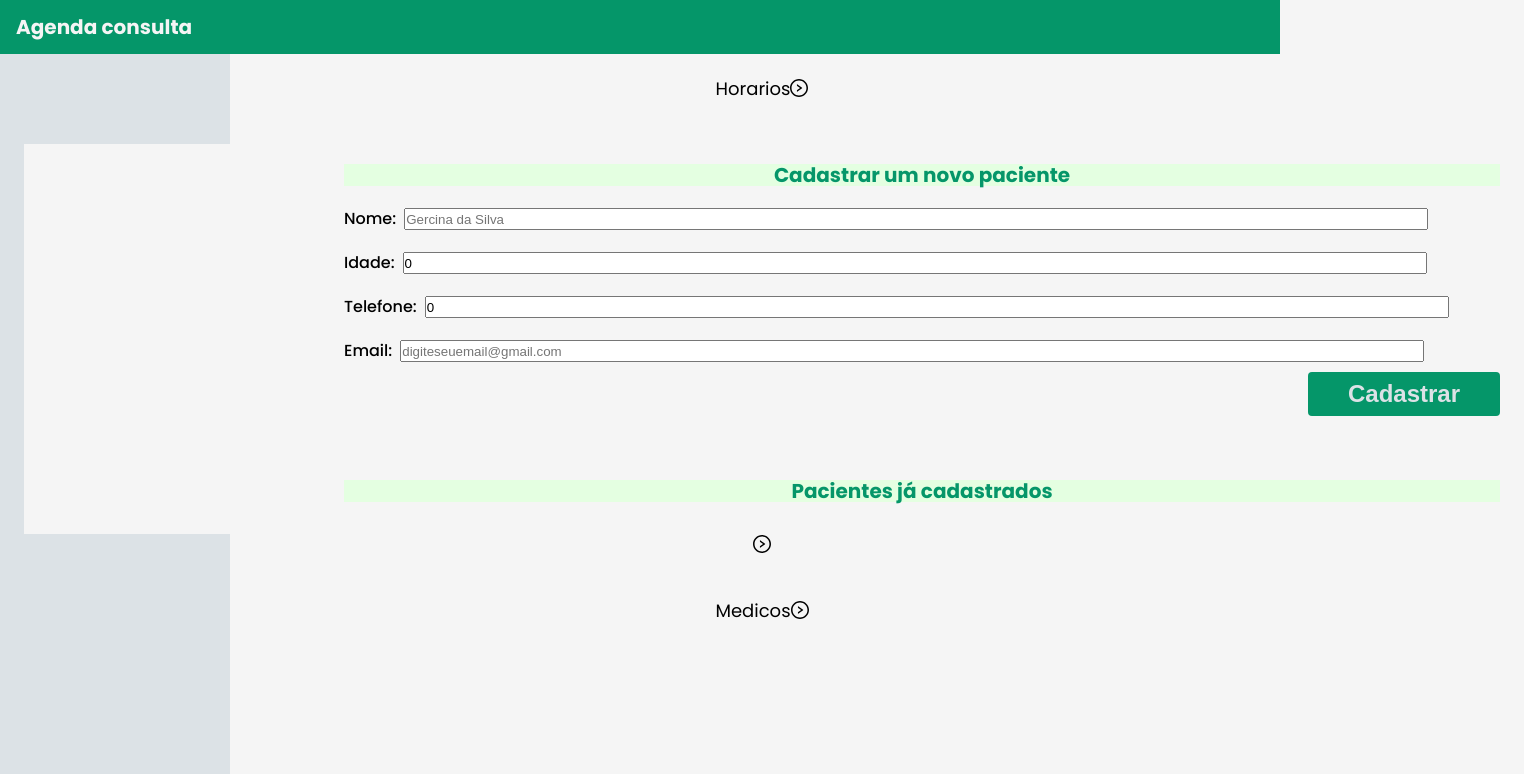
Repository: BarbaraCD/agendaconsulta
Page: /
The author's editor kept a copy of each file at every save. The page is drawn from the files as they stood at one save, then again after the next save.
The browser window is 1280 px wide. The page is 1524 px wide, so the pictures cover 1524 px, including what lies to the right of the window. The pictures show the whole page.
The page's requests for data from a server got no answer. The project was rebuilt for these pictures with package versions that can differ from the ones it lists, and the page was loaded fresh each time. No one was signed in, and anything a server would have sent is missing. Also part of the build but not shown: vite.config.ts, src/styles/StyleList.ts, src/components/Patients.tsx.

Above is the page before, as saved 2023-07-31 09:42:37.

### index.html
<!DOCTYPE html>
<html lang="en">
  <head>
    <meta charset="UTF-8" />
    <link rel="icon" type="image/svg+xml" href="/vite.svg" />
    <meta name="viewport" content="width=device-width, initial-scale=1.0" />

    <link rel="preconnect" href="https://fonts.googleapis.com">
    <link rel="preconnect" href="https://fonts.gstatic.com" crossorigin>
    <link href="https://fonts.googleapis.com/css2?family=Poppins:wght@400;500;700&display=swap" rel="stylesheet">

    <title>Agendamento de Consulta</title>
  </head>
  <body>
    <div id="root"></div>
    <script type="module" src="/src/main.tsx"></script>
  </body>
</html>

### src/main.tsx
import React from 'react'
import ReactDOM from 'react-dom/client'
import App from './App.tsx'
import { ThemeProvider } from 'styled-components'
import { theme } from './styles/Theme.ts'

ReactDOM.createRoot(document.getElementById('root')!).render(
  <React.StrictMode>
    <ThemeProvider theme={theme}>
      <App />
    </ThemeProvider>
  </React.StrictMode>,
)

### src/App.tsx
import './styles/global'
import { Header } from './components/Header'
import GlobalStyle from './styles/global'
import { Sidebar } from './components/Sidebar'

function App() {

  return (
    <>
      <GlobalStyle />
      <Header />
      <Sidebar />
    </>
  )
}

export default App

### src/styles/Theme.ts

export const theme = {
  colors: {
    primary: '#059669',
    head: '#059669B3',
    900: '#6A8D73',
    800: '#AFC5A6',
    700: '#F4FDD9',
    100: '#E4FFE1',

    sbcolor: '#DCE2E6',
    gray: '#41414D',
    black: '#000',
    white: '#f5f5f5',
  },

  size: {
    sm: '14px',
    md: '16px',
    lg: '18px',
    xl: '20px',
    xxl: '24px'
  }
}

### src/styles/global.ts
import { createGlobalStyle } from 'styled-components'

export default createGlobalStyle`
  *{
    margin: 0;
    padding: 0;
    box-sizing: border-box;
  }
  body{
    font-family: 'Poppins', sans-serif;
    background: ${(props) => props.theme.colors.white};
    font-size: ${(props) => props.theme.size.xl};
  }
`

### src/components/Header.tsx
import { styled } from "styled-components"

const Container = styled.div`
  background-color: ${(props) => props.theme.colors.primary};
  padding: 12px 16px;
  color: ${(props) => props.theme.colors.white};
  font-weight: 700;
`

export function Header(){
  return (
    <Container>
      Agenda consulta
    </Container>
  )
}

### src/components/Sidebar.tsx

import { RightCircleOutlined } from '@ant-design/icons'
import { CreatePatient } from './CreatePatient'

import { StyledSidebar, StyledList } from '../styles/SidebarStyled'
import { useState } from 'react';



export function Sidebar(){
  const [showPacient, setShowPacient] = useState(false)

  const handlePatientClick = () => {
    setShowPacient(true);
  };

  return (
    <StyledSidebar>
        <StyledList>
          <li>
            Horarios
            <RightCircleOutlined />
          </li>
          <li onClick={handlePatientClick}>
            <CreatePatient />
            <RightCircleOutlined />
          </li>
          <li>
            Medicos
            <RightCircleOutlined />
          </li>
        </StyledList>
    </StyledSidebar>
  )
}

### src/components/CreatePatient.tsx
import { useEffect, useState } from 'react'
import { Patients, PatientsProps } from './Patients'
import { createPatient, getPatient } from '../services/patient.services'
import { InputPatients } from './InputPatient'
import { SubmitButton } from './SubmitButton'
import { Container, Container2, Container3 }  from '../styles/CreateContainer'


export function CreatePatient(){

  const [patients, setPatients] = useState<PatientsProps[]>([])
  const [newPatient, setNewPatient] = useState<PatientsProps>({
    id: 0,
    name: '',
    age: 0,
    telephone: 0,
    email:''
  })

  useEffect(() => {
    fetchPatient().catch((error) => {
      console.error('Error fetching Patients:', error);
    });
  }, []);

  async function fetchPatient() {
    try {
      const response: PatientsProps[] = await getPatient();
      setPatients(response);
    } catch (error) {
      console.error('Error fetching Patients:', error);
    }
  }

  async function createNewPatient(){
    if(
      newPatient?.name.trim() !== '' &&
      typeof newPatient?.age === 'number' && newPatient?.age > 0 &&
      typeof newPatient?.telephone === 'number' && newPatient?.telephone > 0 &&
      newPatient?.email.trim() !== ''
      ){
        try {
          await createPatient(newPatient.name, newPatient.age, newPatient.telephone, newPatient.email);
          await fetchPatient();
            setNewPatient({
              id: 0,
              name: '',
              age: 0,
              telephone: 0,
              email: ''
            })
        console.log("Médico cadastrado com sucesso!")
        } catch(error){
          console.log("Erro ao cadastrar medico:", error)
        }
      } else {
        console.error("Por favor, preencha todos os campos corretamente.")
      }
  }

  return(
    <Container>
      <Container2>
      <h3>Cadastrar um novo paciente</h3>
        <InputPatients
          name={newPatient.name}
          age={newPatient.age}
          telephone={newPatient.telephone}
          email={newPatient.email}
          onNameChange={(value) => setNewPatient({ ...newPatient, name: value })}
          onAgeChange={(value) => setNewPatient({ ...newPatient, age: value })}
          onTelephoneChange={(value) => setNewPatient({ ...newPatient, telephone: value})}
          onEmailChange={(value) =>
            setNewPatient({ ...newPatient, email: value })
          }
        />

          <SubmitButton onClick={createNewPatient}/>
        </Container2>

        <Container3>
          <h3>Pacientes já cadastrados</h3>
          {patients.length > 0 && (
            patients.map((patients) => (
              <Patients
                id={patients.id}
                key={patients.id}
                name={patients.name}
                age={patients.age}
                telephone={patients.telephone}
                email={patients.email}
              />
            ))
          )}
        </Container3>

    </Container>
  )
}

### src/styles/SidebarStyled.ts
import styled from 'styled-components'

export const StyledSidebar = styled.div`
  display: flex;
  height: 100vh;
  width: 18vw;
  background-color: ${(props) => props.theme.colors.sbcolor};
  color: ${(props) => props.theme.colors.black};
  font-size: ${(props) => props.theme.size.lg};
  font-weight: 400;
  justify-content: start;

`

export const StyledList = styled.ul`
    flex-direction: column;
    display: flex;
    padding: 12px;
    list-style: none;
    gap: 20px;

  li{
    cursor: pointer;
    padding: 12px;
    line-height: 22px;
    justify-content: space-between;
    text-align: center;
  }
`

### src/services/patient.services.ts
import axios from 'axios';
import { PatientsProps } from '../components/Patients'
import { api } from './ApiConfig'

export async function getPatient(): Promise<PatientsProps[]> {
  try {
    const response = await axios.get('http://localhost:3333/patient');
    // eslint-disable-next-line @typescript-eslint/no-unsafe-return
    return response.data;
  } catch (error) {
    throw new Error('Erro ao obter dados dos pacientes:');
  }
}

export async function createPatient(name: string, age: number, telephone: number, email: string){
  return api.post('/patient', {
    name,
    age,
    telephone,
    email,
  })
}

### src/components/InputPatient.tsx
import { InputContainer } from '../styles/InputContainer'

interface InputPatientsProps{
  name: string
  age: number
  telephone: number
  email: string
  onNameChange: (value: string) => void
  onAgeChange: (value: number) => void
  onTelephoneChange: (value: number) => void
  onEmailChange: (value: string) => void
}

export function InputPatients(props: InputPatientsProps) {
  return (
    <InputContainer>
        <label>
          <p>Nome:</p>
          <input
            type="text"
            name="nome"
            value={props.name}
            onChange={(event) => props.onNameChange(event.target.value)}
            placeholder='Gercina da Silva'
          />
        </label>
        <br />
        <label>
          <p>Idade:</p>
          <input
            type="text"
            name="idade"
            value={props.age}
            onChange={(event) => props.onAgeChange(Number(event.target.value))}
            placeholder='idade'
          />
        </label>
        <br />
        <label>
          <p>Telefone:</p>
          <input
            type="text"
            name="telefone"
            value={props.telephone}
            onChange={(event) => props.onTelephoneChange(Number(event.target.value))}
          />
        </label>
        <br />
        <label>
          <p>Email:</p>
          <input
            type="text"
            name="email"
            value={props.email}
            onChange={(event) => props.onEmailChange(event.target.value)}
            placeholder='digiteseuemail@gmail.com'
          />
        </label>
    </InputContainer>
  );
}

### src/components/SubmitButton.tsx
import { styled } from "styled-components"

interface SubmitButtonProps {
  onClick: () => void
}

const StyledButton = styled.button`
  padding: 8px;
  width: 15vw;
  margin-left: 964px;
  border-radius: 4px;
  color: ${(props) => props.theme.colors.sbcolor};
  border: none;
  background-color: ${(props) => props.theme.colors.primary};
  cursor: pointer;

  p{
    font-size: ${(props) => props.theme.size.xxl};
    font-weight: 700;
  }
`

export function SubmitButton({ onClick }: SubmitButtonProps) {
  return (
    <StyledButton onClick={onClick}>
      <p>
        Cadastrar
      </p>
    </StyledButton>
  )
}

### src/styles/CreateContainer.ts
import styled from "styled-components"

export const Container = styled.div`
  background-color: ${(props) => props.theme.colors.white};
  justify-content: start;
  align-items: center;
`

export const Container2 = styled.div`
  display: flex;
  flex-direction: column;
  margin-left: 320px;
  padding: 20px 0;

  h3{
    font-size: ${(props) => props.theme.size.xl};
    color: ${(props) => props.theme.colors.primary};
    background-color: ${(props) => props.theme.colors[100]};
    margin-bottom: 12px;
  }

`
export const Container3 = styled.div`
  margin-top: 24px;
  flex-direction: column;
  margin-left: 320px;
  padding: 20px 0;

  h3{
    font-size: ${(props) => props.theme.size.xl};
    color: ${(props) => props.theme.colors.primary};
    background-color: ${(props) => props.theme.colors[100]};
    margin-bottom: 12px;
  }
`

### src/services/ApiConfig.ts
import axios from "axios";

export const api = axios.create({
  baseURL: 'http://localhost:3333',
})

### src/styles/InputContainer.ts
import styled from "styled-components"

export const InputContainer = styled.div`

  color: ${(props) => props.theme.colors.black};
  font-size: ${(props) => props.theme.size.md};
  padding: 10px 0;

  h3 {
    background-color: ${(props) => props.theme.colors[100]};
    color: ${(props) => props.theme.colors.primary};
    margin-bottom: 10px;
  }

  label {
    display: flex;
    margin-right: 4px;
  }

  p{
    font-size: ${(props) => props.theme.size.md};
    font-weight: 500;
  }

  input {
    width: 80vw;
    margin-left: 8px;
  }
`

After the next save:
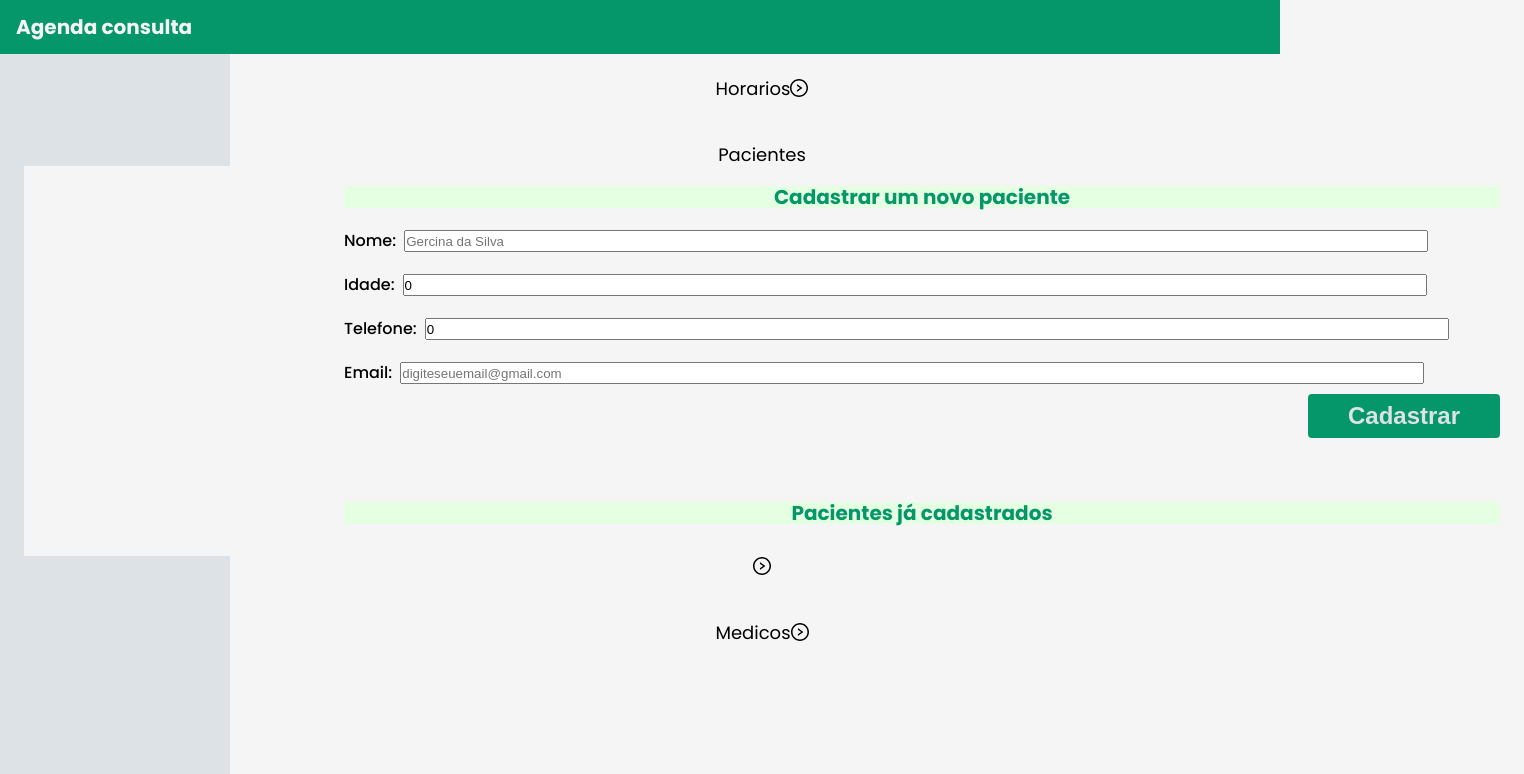
Saved 31 s later.
--- a/src/components/Sidebar.tsx
+++ b/src/components/Sidebar.tsx
@@ -22,6 +22,7 @@ export function Sidebar(){
             <RightCircleOutlined />
           </li>
           <li onClick={handlePatientClick}>
+            Pacientes
             <CreatePatient />
             <RightCircleOutlined />
           </li>
